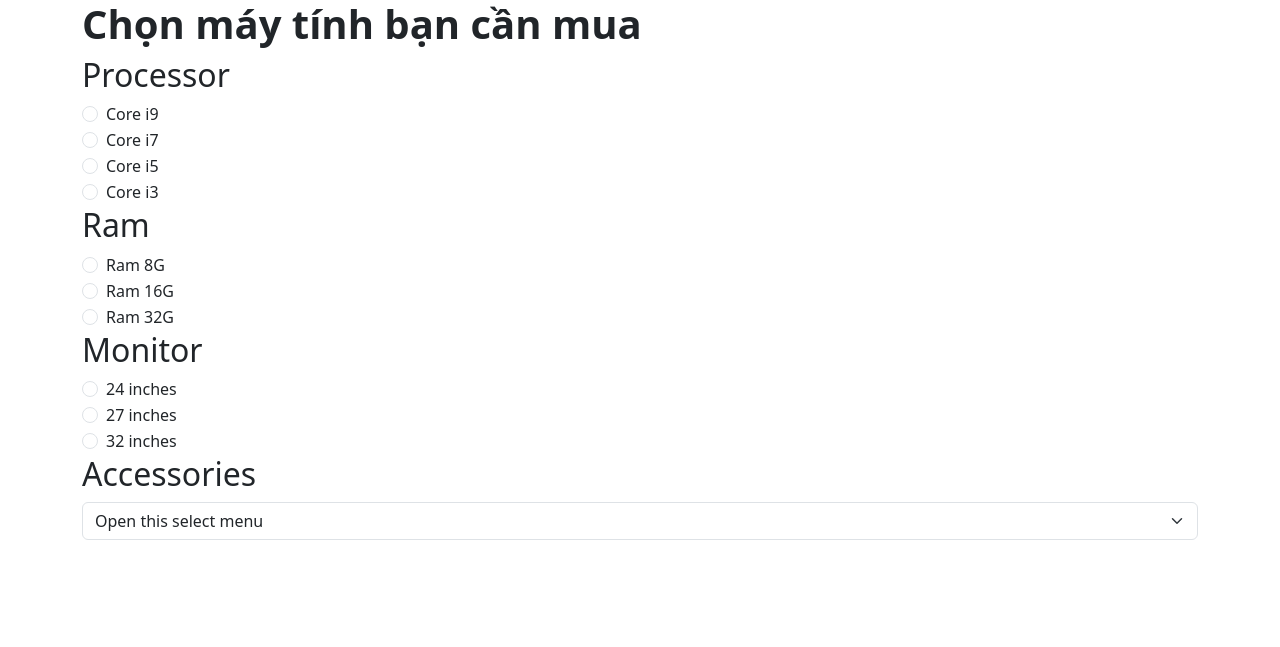
Repository: wuubangdev/bookstore-servlet-jsp
Page: http://localhost/Bai20_JSPCoban_TrangMuaHang/muaMayTinh.jsp
These files come from the project's save history. The page is drawn as it stood at one moment and after the next save; the edit follows.
The browser window is 1280 px wide. The pictures show the whole page.
The page is served by Tomcat 9.

Above is the page before, as saved 2024-03-19 02:56:02.

After the next save:
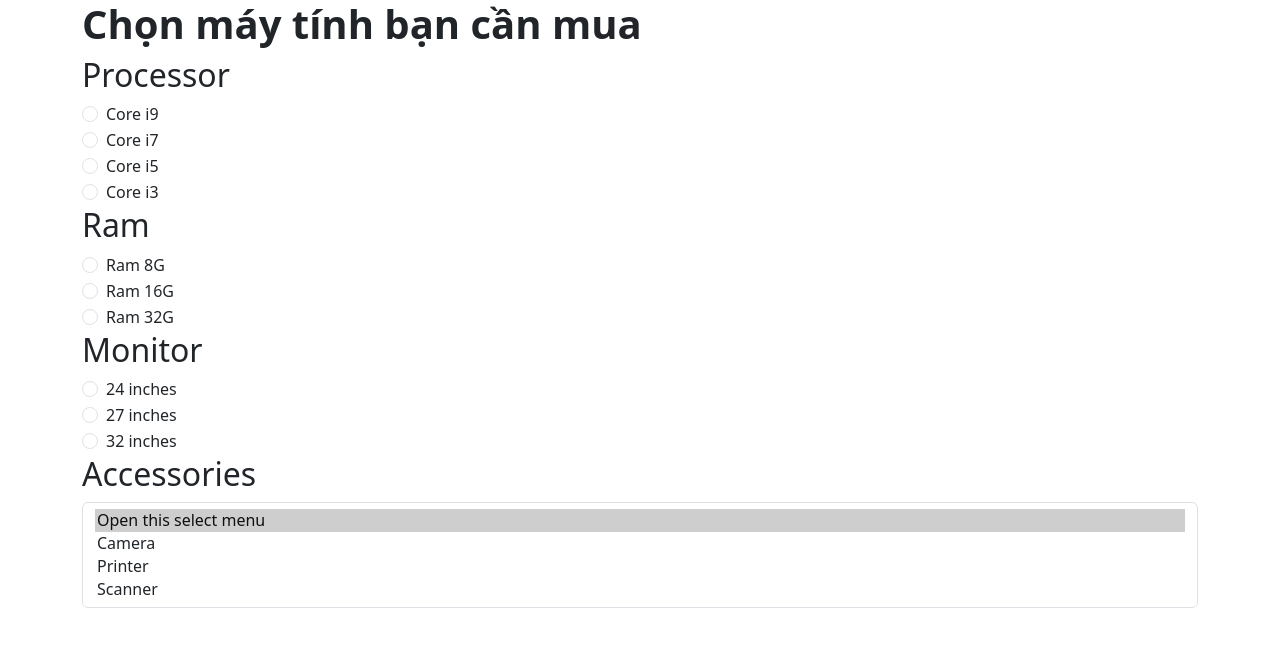
Saved 2 min 3 s later.
--- a/Bai20_JSPCoban_TrangMuaHang/src/main/webapp/muaMayTinh.jsp
+++ b/Bai20_JSPCoban_TrangMuaHang/src/main/webapp/muaMayTinh.jsp
@@ -76,7 +76,7 @@
 			  </label>
 			</div>
 			<h2>Accessories</h2>
-			<select class="form-select" aria-label="Default select example" name="accessories">
+			<select class="form-select"  multiple aria-label="Default select example" name="accessories">
 			  <option selected>Open this select menu</option>
 			  <option value="1">Camera</option>
 			  <option value="2">Printer</option>
